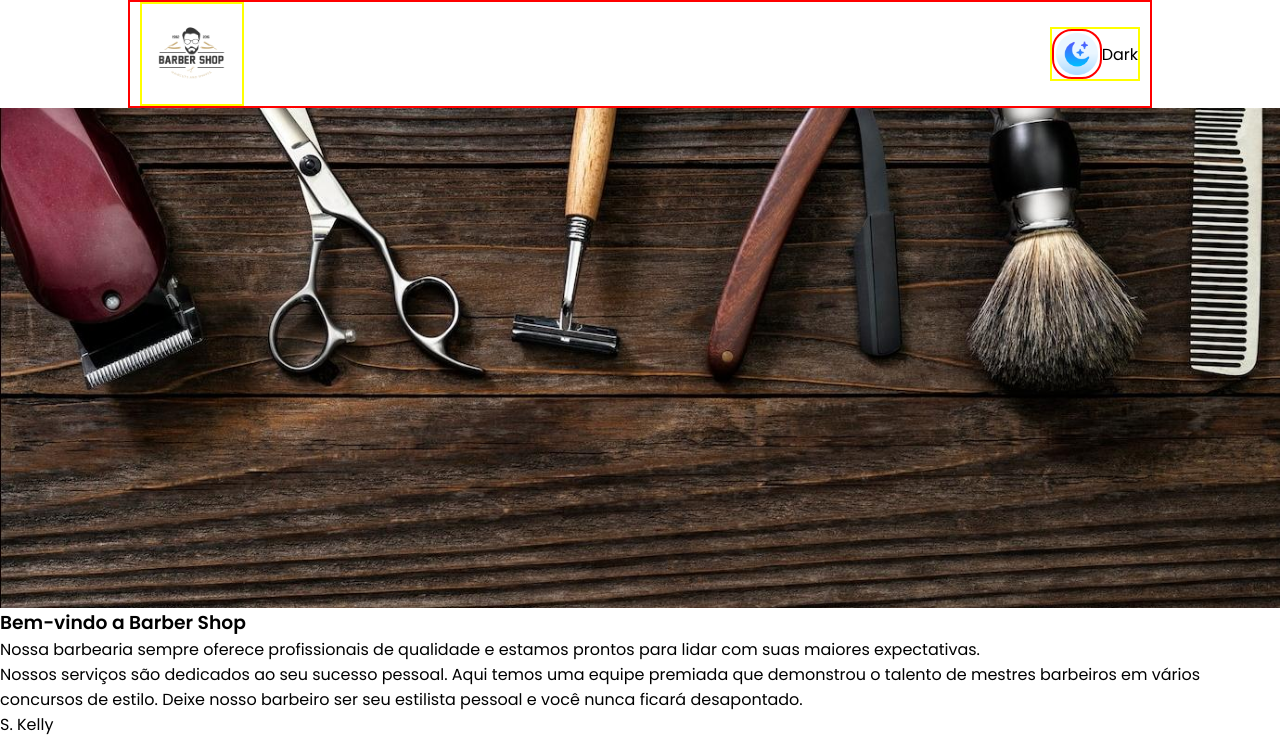
Repository: Daniells642/LandingPage-React
Page: /
The author's editor kept a copy of each file at every save. The page is drawn from the files as they stood at one save, then again after the next save.
The browser window is 1280 px wide. The pictures show the whole page.
The project was rebuilt for these pictures with package versions that can differ from the ones it lists, and the page was loaded fresh each time.

Above is the page before, as saved 2022-11-04 21:26:06.

After the next save:
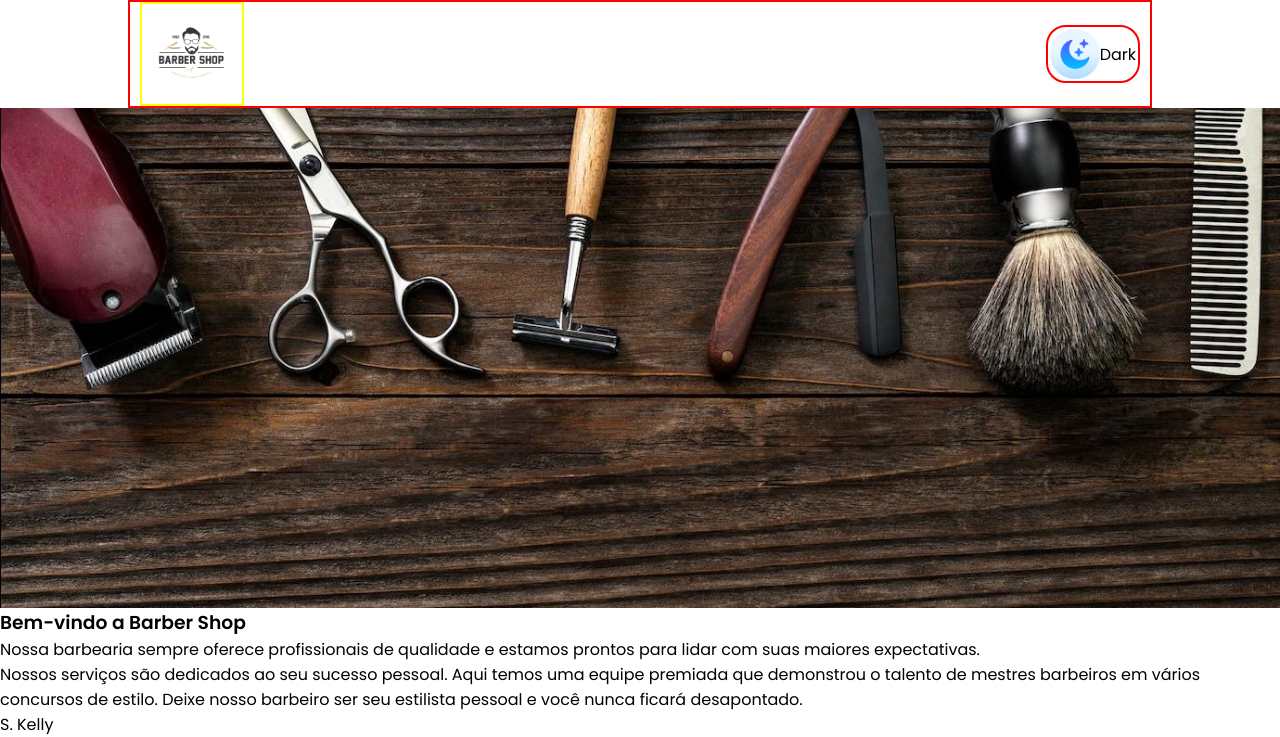
Saved 19 s later.
--- a/src/LandingPage/style.css
+++ b/src/LandingPage/style.css
@@ -24,15 +24,14 @@
     display: flex;
     justify-content: center;
     align-items: center;
-    border: yellow solid 2px;
+    border: 2px solid red;
+    border-radius: 20px 20px ;
+    padding: 2px;
 
 }
 
 .botao img {
     height: 50px;
-    border: 2px solid red;
-    border-radius: 20px 20px ;
-    padding: 2px;
 
 }
 
